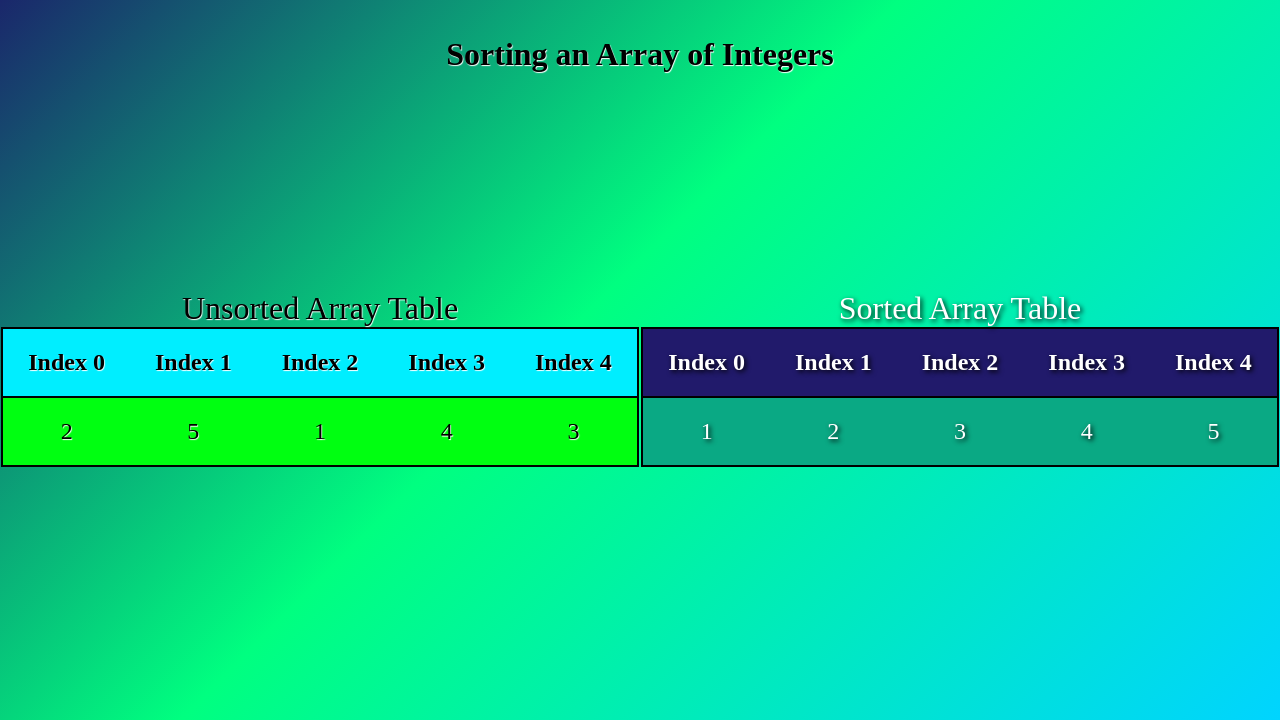
Repository: mlmEFSC21/P16-Sorting-Integers
Page: sort.html
These files come from the project's save history. The page is drawn as it stood at one moment and after the next save; the edit follows.
The browser window is 1280 px wide. The pictures show the whole page.

Above is the page before, as saved 2022-03-24 19:29:11.

After the next save:
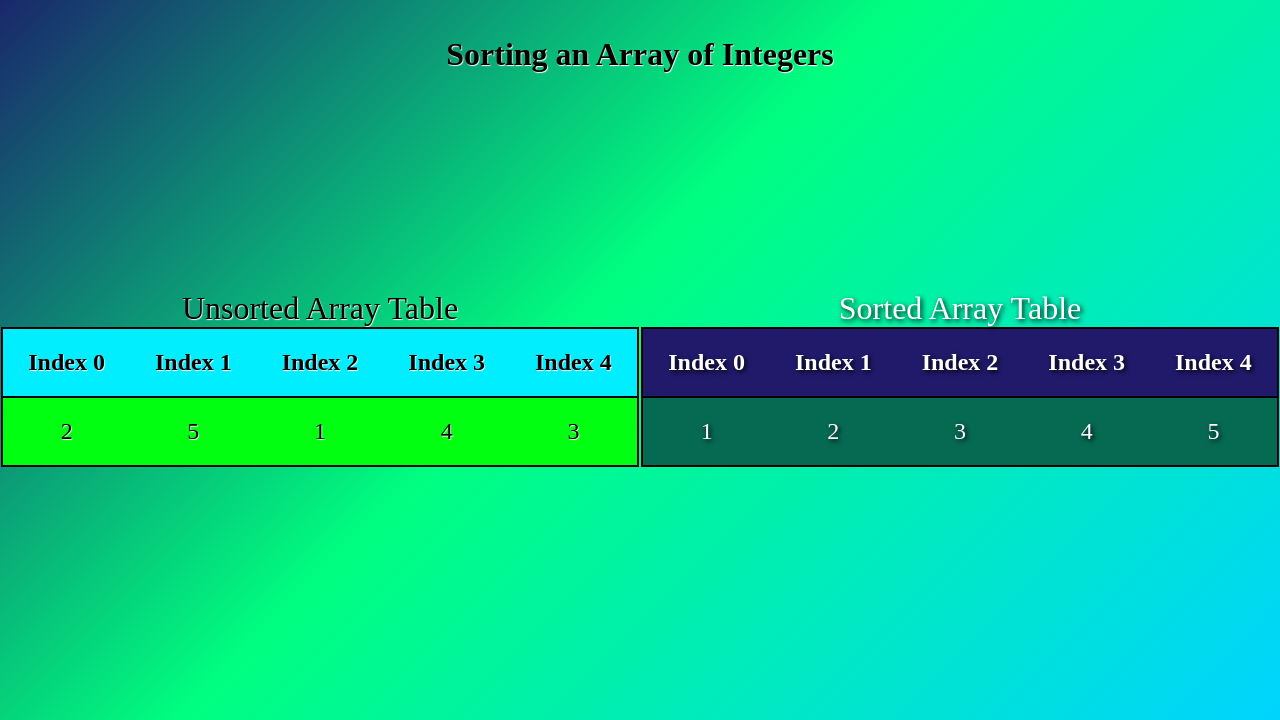
Saved 5 s later.
--- a/sort.css
+++ b/sort.css
@@ -3,7 +3,7 @@
     --clr-primary-T1: hsl(184, 100%, 50%);
     --clr-primary-T2: hsl(245, 61%, 26%);
     --clr-secondary-T1: hsl(124, 100%, 50%);
-    --clr-secondary-T2: hsl(166, 89%, 35%);
+    --clr-secondary-T2: hsl(166, 89%, 22%);
 }
 *,
 *::after,
